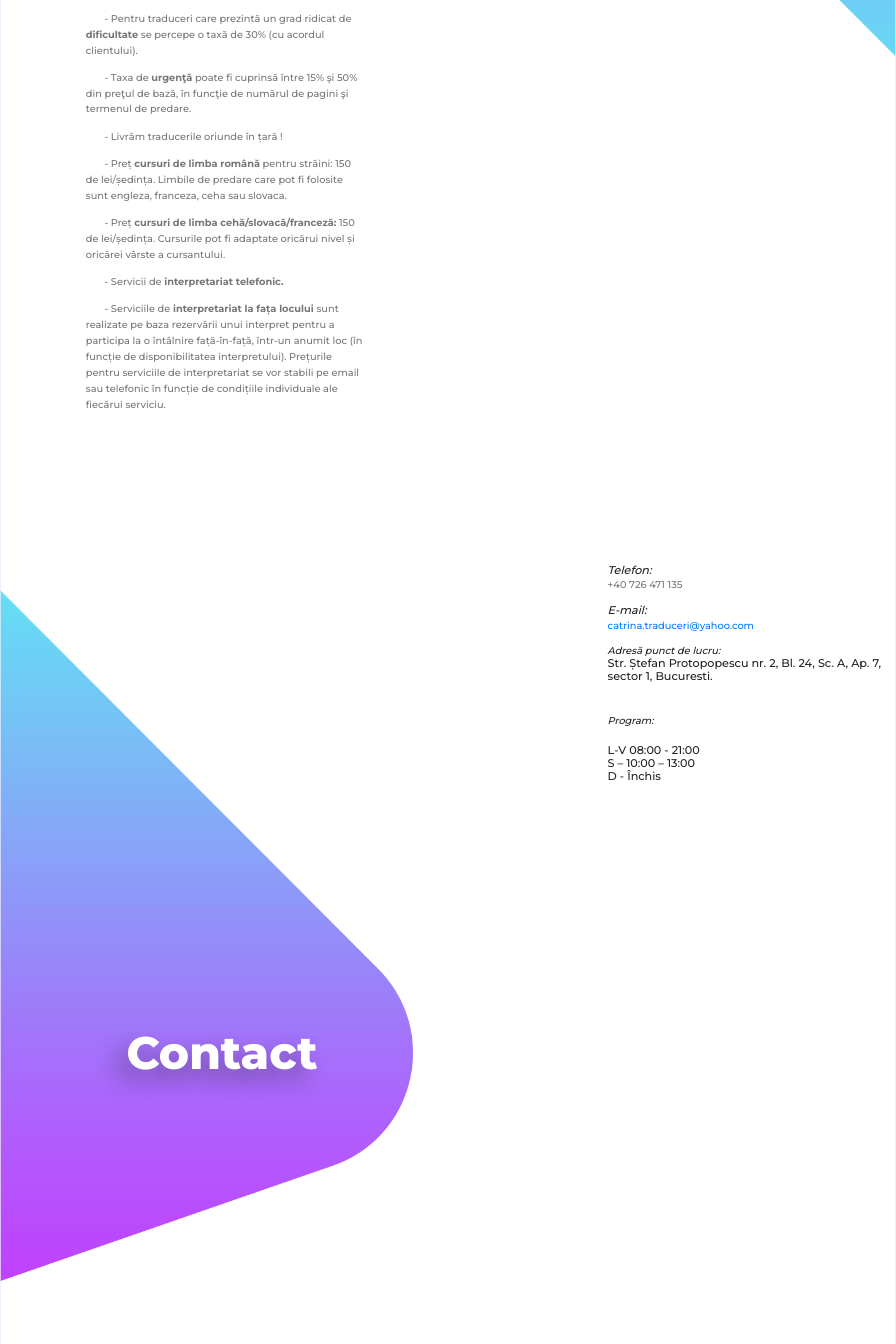
Repository: roscaImarius/site_traduceri
Page: index.html
An editor plug-in stored every save of this project. The page is shown before and after the next save, followed by the edit.
The browser window is 1280 px wide. The pictures show the part of the page from y = 4442 to 6362 px (the page is 6410 px tall), at 70% of full size.

Above is the page before, as saved 2022-03-22 03:42:44.

### index.html
<!DOCTYPE html>
<html lang="en" class="no-js">
  <head>
    <meta
      name="viewport"
      content="width=device-width, initial-scale=1, shrink-to-fit=no"
    />
    <meta name="author" content="CodePixar" />
    <meta name="description" content="" />
    <meta name="keywords" content="" />
    <meta charset="UTF-8" />

    <title>Traduceri</title>
     <link rel="shortcut icon" href="img/favicon.png">
    <link
      href="https://fonts.googleapis.com/css?family=Montserrat:500,600,700,800,900"
      rel="stylesheet"
    />
    <link
      href="https://fonts.googleapis.com/css?family=Open+Sans:400,600"
      rel="stylesheet"
    />
    <!-- ===========================================
		CSS Files
    ============================================= -->
    <link rel="stylesheet" href="css/font-awesome.min.css" />
    <link rel="stylesheet" href="css/bootstrap.css" />
    <link rel="stylesheet" href="css/main.css" />
  </head>

  <body class="version5" id="top">
    <div class="se-pre-con"></div>

    <!--================ Start Banner Area =================-->
    <section class="home-area" id="home">
      <div class="banner-area relative">
        <div class="container-fluid">
          <div class="row justify-content-center height align-items-center">
            <div class="col-lg-5 col-md-6 col-sm-12">
              <div class="banner-img">
                <img class="img-fluid" src="img/logo.svg" alt="" />
              </div>
            </div>
            <div class="col-lg-5 col-md-6 col-sm-12">
              <div class="banner-content text-right">
                <!-- <h4 class="mb-30 hello text-uppercase text-white">
                  Salut, noi suntem
                </h4> -->
                <h1 class="name">Catrina Traduceri</h1>
                <p class="mt-5 h6 pHome dark">
                  Ne numărăm printre foarte puținii traducători autorizați de
                  Ministerul Justiției din România pentru traduceri din limbile
                  slave, de nisă: cehă, slovacă și ucraineană.
                </p>
              </div>
            </div>
          </div>
        </div>
      </div>
    </section>
    <!--================Header Menu Area =================-->
    <header class="header_area" id="header5">
      <div class="main_menu">
        <nav class="navbar navbar-expand-lg">
          <div class="container-fluid">
            <!-- Brand and toggle get grouped for better mobile display -->
            <a class="navbar-brand logo_h" href="index.html"
              ><img class="logoo" src="img/logo.png" alt=""
            /></a>
            <button
              class="navbar-toggler"
              type="button"
              data-toggle="collapse"
              data-target="#navbarSupportedContent"
              aria-controls="navbarSupportedContent"
              aria-expanded="false"
              aria-label="Toggle navigation"
            >
              <i class="fas fa-bars"></i>
            </button>
            <!-- Collect the nav links, forms, and other content for toggling -->
            <div
              class="collapse navbar-collapse offset"
              id="navbarSupportedContent"
            >
              <ul class="nav navbar-nav menu_nav ml-auto nav5">
                <li class="nav-item active5">
                  <a class="nav-link" href="#home" >Acasă</a>
                </li>
                <li class="nav-item">
                  <a class="nav-link" href="#about" >Despre</a>
                </li>
                <li class="nav-item">
                  <a class="nav-link" href="#educatie"  >Referințe</a>
                </li>
                <li class="nav-item">
                  <a class="nav-link" href="#portfolio" >Prețuri</a>
                </li>
                <li class="nav-item" >
                  <a class="nav-link" href="#contact" >Contact</a>
                </li>
              </ul>

              <!-- SOCIAL MEDIA -->
              <ul class="nav navbar-nav social-icons">
                <li class="nav-item">
                  <a href="https://www.facebook.com/catrina.traduceri">
                    <i class="fab fa-facebook-f"></i>
                  </a>
                </li>
                <li class="nav-item">
                  <a
                    href="https://www.linkedin.com/in/ionut-catrina-405244178/"
                  >
                    <i class="fab fa-linkedin"></i>
                  </a>
                </li>

              </ul>
            </div>
          </div>
        </nav>
      </div>
    </header>

    <!--================ Start About Area =================-->
    <section class="about-area section-gap-top-5 relative" id="about">
      <div class="container-fluid">
        <div class="row row-reverse">
             <div class="megafon"></div>
          <div class="offset-lg-2 col-lg-4 col-md-12">
            <h2 class="heading mb-40">Lucrați cu profesioniști!</h2>
            <p>
              Întreprindere de familie cu capital 100% românesc si cu o
              experiență de peste
              <span style="font-weight: bold">13 ani</span> în domeniul
              traducerilor, activăm cu pasiune, profesionalism și
              responsabilitate și vă oferim traduceri
              <span style="font-weight: bold"> autorizate și legalizate</span>
              în principal din limbi
              <span style="font-weight: bold">slave</span>: cehă, slovacă și
              ucraineană, dar și din cele mai importante limbi de circulație
              internațională: engleza și franceza. <br />
            </p>
            <p>
              Suntem absolvenți ai uneia dintre cele mai bune facultăți a
              Universității din București,<span style="font-weight: bold">
                Facultatea de Limbi și Literaturi străine</span
              >, filologi specializați în domeniul traducerilor ca urmare a
              absolvirii Masteratului de Studii Culturale Slave și Traductologie
              și a numeroase burse de specializare în țările din a căror limbă
              traducem. <br/>
            </p>
              <p>
               Avem o colaborare de lungă durată, bazată pe
               <span style="font-weight: bold">
                profesionalism și seriozitate</span>, cu Birouri Notariale, Instanțe judecătorești, organe de
              urmărire penală, avocați.
              </p>
              <p>

                   Nu ezitați să ne contactați pentru o
                 cotație de preț pentru traduceri autorizate și legalizate din
                 aceste limbi. Lucrând în familie și între prieteni, vă putem
                 garanta prețuri corecte, care ajung într-o proporție echitabilă la
                 traducătorul care le realizează și care are cea mai importantă
                 contribuție la documentul final.
              </p>

            <p>
              Oferim și: <br />
              <span style="font-weight: bold">-cursuri de limbă română</span>
              pentru străini, <br />
              <span style="font-weight: bold"
                >-cursuri de limbă cehă sau limba slovacă</span
              >
              pentru orice nivel de limbă. <br />
            </p>
            <p>
              Ne putem adapta nevoilor Dvs. și vă putem ajuta cu
              <span style="font-weight: bold">training-uri</span> de limbă cehă
              sau slovacă pentru anumite domenii sau specializări.
            </p>
          </div>

          <div class="col-lg-6 p-0 col-md-12">
            <div class="right-side">
              <h2 class="text-white right-heading">Despre</h2>
            </div>
          </div>
        </div>
      </div>
    </section>

    <!--================ Start Experience Area =================-->
    <section class="experience-area relative" id="educatie">
      <div class="container-fluid">
        <div class="row">
          <div class="col-lg-6 p-0 col-md-12">
            <div class="left-side">
              <h2 class="text-white indented cv left-heading">Referințe</h2>
            </div>
          </div>

          <div class="xpDiv col-lg-4 md-mr col-md-12">
            <h2 class="heading mb-80">Clienții noștri</h2>
            <div class="resume-content">
                 <div class="referinteDrawing"></div>
              <div class="work-exp mb-50">
                  <p>Avem o colaborare de lungă durată, bazată pe
                     profesionalism cu:
                  </p>
                  <p> - Birouri Notariale     </p>
                  <p>- Tribunale</p>
                  <p> - Poliția Română</p>
                  <p>- Numeroase birouri de traduceri și firme din toată țara.</p>

                  <!-- În urma absolvirii unui curs specializat, am obținut
                  calificarea de trainer de limba română pentru străini.
                  Experiență în domeniul Proiectelor finanțate din fonduri
                  europene (POSDRU). In perioada 1.7.2010 - 1.11.2013 am ocupat
                  pozitia de Responsabil vizite de studiu – schimb de experiență
                  în cadrul unor proiecte transnaționale (între România și
                  Republica Cehă). -->

              </div>
            </div>
          </div>
        </div>
      </div>
    </section>

    <!--================ Start PRICE Area =================-->
    <section class="price-area section-gap-top-5 relative" id="portfolio">
      <div class="container-fluid">
        <div class="row row-reverse">
          <div class="divFaraPret offset-lg-2 col-lg-4 col-md-12">
               <div class="pretDrawing"></div>
            <h2 class="heading mb-40">Servicii și prețuri</h2>
            <h6 class="mb-4">
              La noi totul este  <span style="font-weight: bold">transparent, clar</span> și pe înțelesul oamenilor! Nu
              doar traducerile și cursurile ci și prețurile!
            </h6>
            <div class="boxPreturi">
              <p>
                Traducere tipizate
                <span style="font-weight: bold">CZ/SK-RO - 45 de lei/pag.</span>
              </p>
              <p>
                Traducere documente obișnuite
                <span style="font-weight: bold">CZ/SK-RO - 50 de lei/pag.</span>
              </p>
              <p>
                Traducere documente juridice/medicale/financiare
                <span style="font-weight: bold">CZ/SK-RO - minim 60 de lei/pag.</span>
              </p>
              <p>
                Retroversiune <span style="font-weight: bold"
                  >RO-CZ/SK - de la 65 de lei.</span
                >
              </p>
              <p><span style="font-weight: bold"
                  >EN/FR - CZ/SK – de la 65 de lei.</span</p>
            </div>
            <div class="preturiInfo">
                 <div class="borderPret">

                      <i><h4 class="mt-5"><b>!!</b></h4></i>
                      <ul style='text-indent: 20pt'>
                         <li>-   Prețurile sunt finale pentru 2000 caractere inclusiv spații/pagină.</li>
                         <li>-  <span> Reducerile</span> sunt negociabile, în funcţie de numărul de pagini şi de data limită, dar nu sunt mai mari de 10% pentru 50 de pagini, 5% pentru 25 de pagini.</li>
                         <li>-Fiecare comandă primeşte cotaţii individuale, în funcţie de solicitările clientului.</li>
                         <li>-  Valoarea minimă a comenzii: 1 pagină.</li>
                      <ul/><br>
                 </div>

                 <div class="servicii">
                         <br/>
                         <div class="serviciih5">

                              <h5 >Servicii</h5>
                         </div>
                         <br>
                         <p>- <span style="font-weight: bold">Corectura:</span>  50% din preturile de mai sus.</p>
                         <p class="">- Oferim <span style="font-weight: bold">servicii de legalizare</span>  la notar public pentru clienţii
                              care doresc traduceri legalizate, taxa percepută pentru acest serviciu fiind de 60 de
                              lei/document (include onorariul notarului).
                         </p>
                         <p>- Pentru traduceri care prezintă un grad ridicat de  <span style="font-weight: bold">dificultate</span>  se percepe
                              o taxă de 30% (cu acordul clientului). </p>
                              <p>- Taxa de <span style="font-weight: bold">urgenţă</span> poate fi cuprinsă între 15% şi 50% din preţul
                              de bază, în funcţie de numărul de pagini şi termenul de predare.
                              </p>
                      <p>

                         - Livrăm traducerile oriunde în țară !
                        </p>
                       <p>- Preț <span style="font-weight: bold">cursuri de limba română</span>  pentru străini: 150 de lei/ședința.
                         Limbile de predare care pot fi folosite sunt engleza, franceza, ceha sau slovaca.
                      </p>
                      <p>- Preț <span style="font-weight: bold">cursuri de limba cehă/slovacă/franceză:</span> 150 de lei/ședința.
                              Cursurile pot fi adaptate oricărui nivel și oricărei vârste a cursantului.
                      </p>
                              <p> - Servicii de <span style="font-weight: bold">interpretariat telefonic.</span>
                              </p>
                         <p> - Serviciile de <span style="font-weight: bold">interpretariat la fața locului </span> sunt realizate pe baza
                                   rezervării unui interpret pentru a participa la o întâlnire față-în-față,
                                   într-un anumit loc (în funcție de disponibilitatea interpretului).
                              Prețurile pentru serviciile de interpretariat se vor stabili pe email sau telefonic
                                   în funcție de condițiile individuale ale fiecărui serviciu.
                         </p>
                         </p>
                 </div>

            </div>
          </div>

          <div class="divPreturi col-lg-6 p-0 col-md-12">
            <div class="right-side">
              <h2 class="text-white right-heading">Prețuri</h2>
            </div>
          </div>
        </div>
      </div>
    </section>

    <!--================ Start CONTACT Area =================-->
    <section class="client-area relative" id="contact">
      <div class="container-fluid">
        <div class="row">
          <div class="col-lg-6 p-0 col-md-12">
            <div class="left-side">
              <h2 class="text-white left-heading">Contact</h2>
            </div>
          </div>

          <div class="contactDiv offset-lg-2 col-lg-4 col-md-12">





                         <div class="form-area text-left">
              <h5><i>Telefon:</i></h5>
              <p>+40 726 471 135 <br /></p>
            </div>

            <div class="form-area text-left">
              <h5><i>E-mail:</i></h5>
              <p>

                   <a href="mailto:catrina.traduceri@yahoo.com">catrina.traduceri@yahoo.com</a>
              </p>
            </div>

            <div class="form-area adresa text-left">
              <h6><i>Adresă punct de lucru:</i></h6>
              <h5>
              Str. Ștefan Protopopescu nr. 2, Bl. 24, Sc. A, Ap. 7, sector 1, Bucuresti.
              </h5>

              <br>
              <br>

              <h6><i>Program:</i></h6><br>
              <h5>L-V 08:00 - 21:00 </h5>
              <h5>S – 10:00 – 13:00</h5>
              <h5>D - Închis</h5>
            </div>





          </div>






        </div>
      </div>
    </section>

    <!--= Start Scroll to Top Area ########## -->
    <div id="back-top">
      <a title="Go to Top" href="#">
        <i class="fas fa-angle-up"></i>
      </a>
    </div>

    <script src="js/vendor/jquery-2.2.4.min.js"></script>
    <script src="js/popper.min.js"></script>
    <script src="js/vendor/bootstrap.min.js"></script>
    <!-- <script src="js/vendor/mail-script.js"></script> -->
    <script src="js/jquery.ajaxchimp.min.js"></script>
    <script src="js/counter-up.js"></script>
    <script src="js/isotope.pkgd.min.js"></script>
    <script src="js/waypoints.min.js"></script>
    <script src="js/main.js"></script>
  </body>
</html>

Loaded but not shown: css/font-awesome.min.css (library); css/bootstrap.css (library); js/vendor/jquery-2.2.4.min.js (library); js/popper.min.js (library); js/vendor/bootstrap.min.js (library); js/jquery.ajaxchimp.min.js (library); js/isotope.pkgd.min.js (library); js/waypoints.min.js (library); js/main.js (92 lines, source omitted); js/counter-up.js (8 lines, source omitted); css/main.css (1618 lines, source omitted)

After the next save:
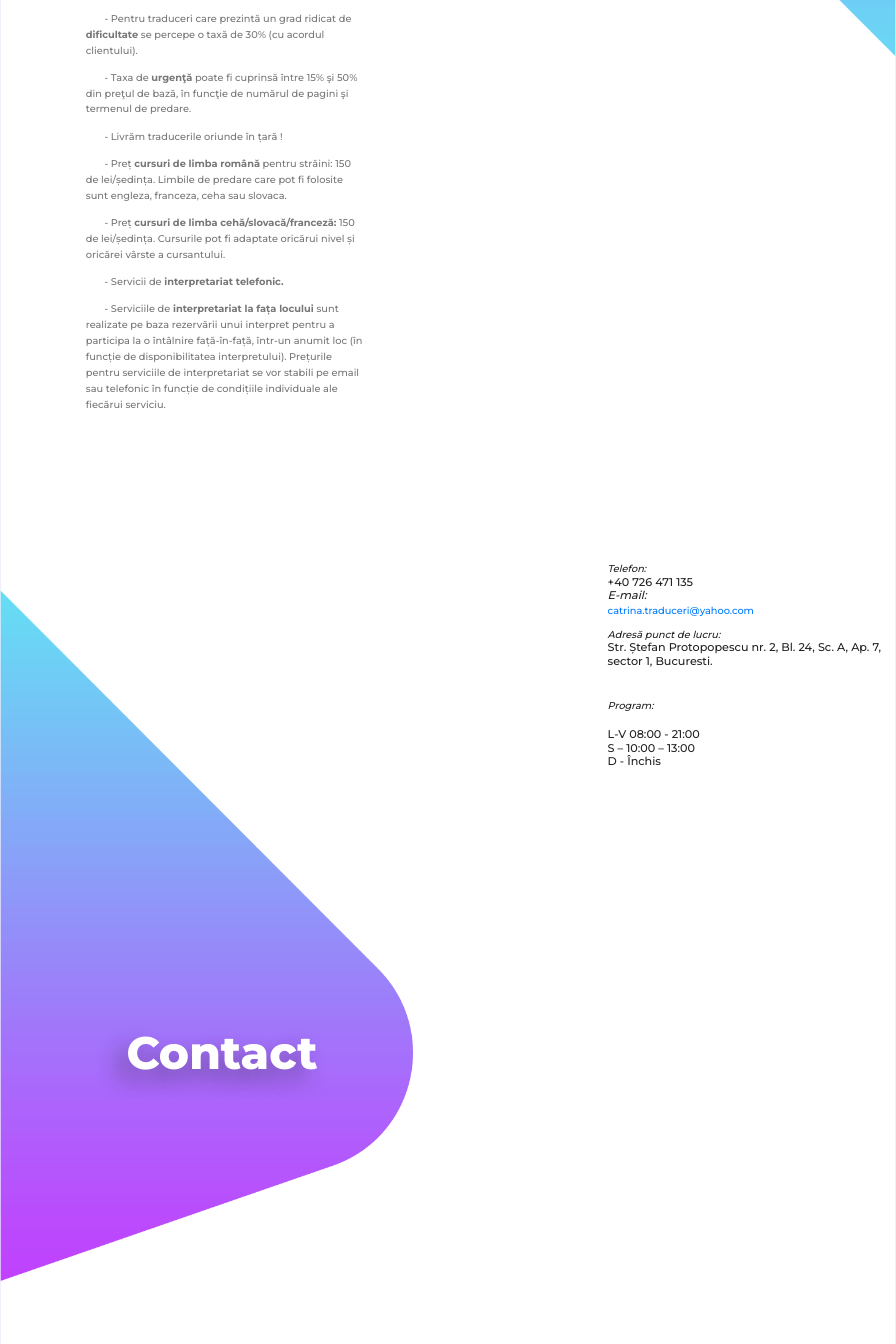
Saved 14 s later.
--- a/index.html
+++ b/index.html
@@ -341,8 +341,8 @@
 
 
                          <div class="form-area text-left">
-              <h5><i>Telefon:</i></h5>
-              <p>+40 726 471 135 <br /></p>
+              <h6><i>Telefon:</i></h6>
+              <h5>+40 726 471 135 <br /></h5>
             </div>
 
             <div class="form-area text-left">
